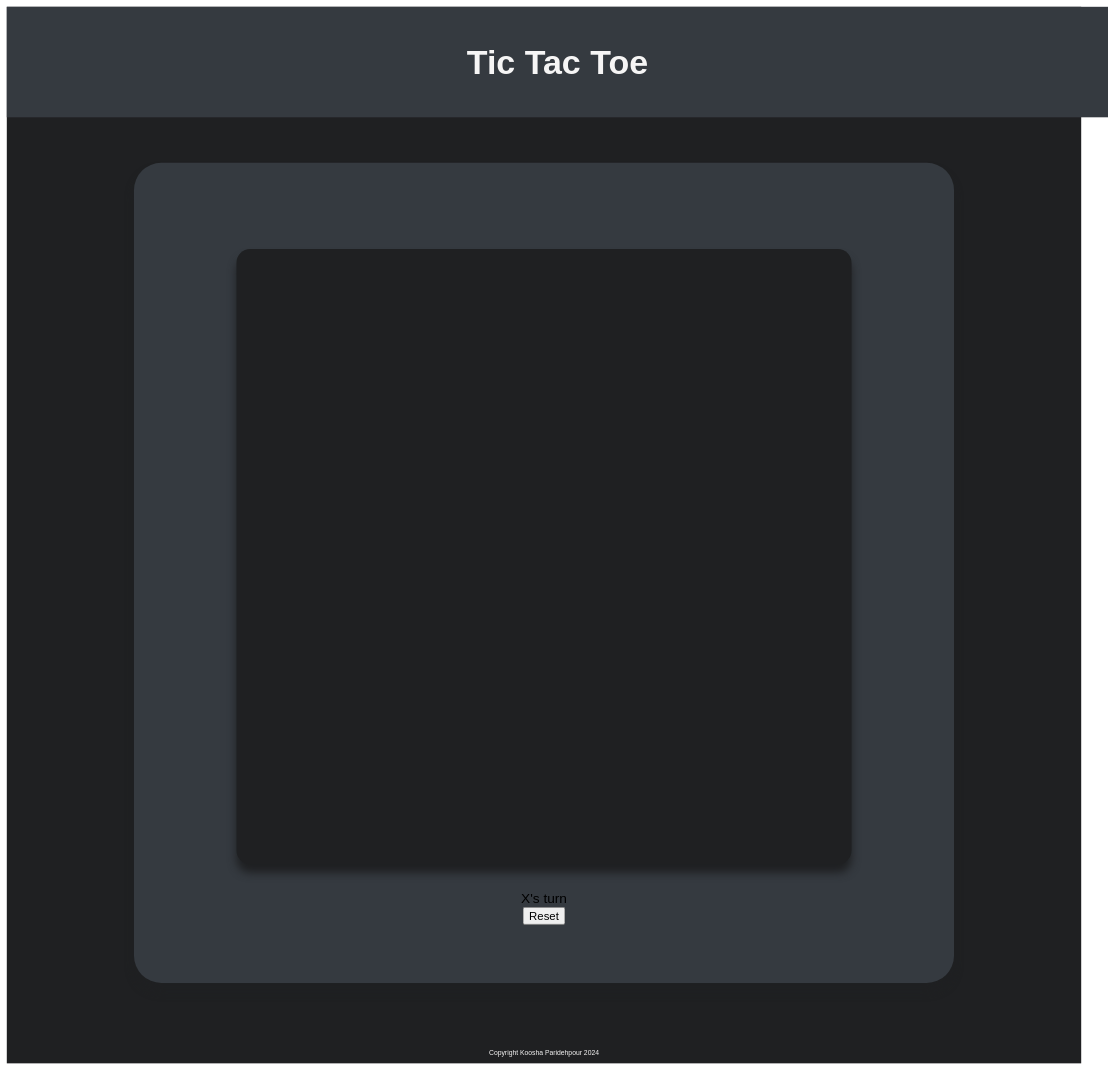
Repository: KooshaPari/odin-TTT
Page: index.html
An editor plug-in stored every save of this project. The page is shown before and after the next save, followed by the edit.
The browser window is 1280 px wide. The page is 1304 px wide, so the pictures cover 1304 px, including what lies to the right of the window. The pictures show the whole page, at 85% of full size.
The pointer rests on the first visible `#game`.

Above is the page before, as saved 2024-03-14 22:50:14.

After the next save:
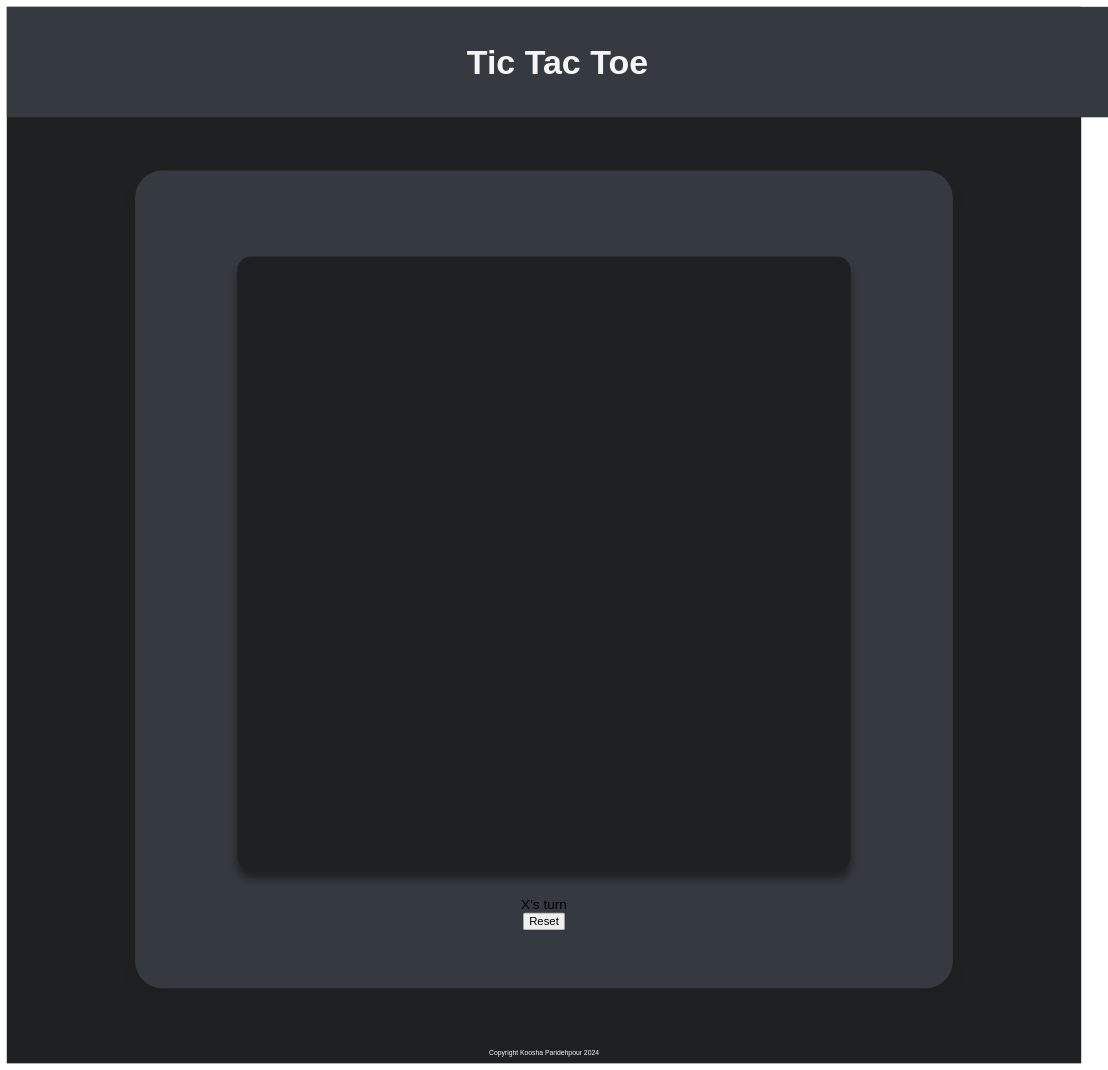
Saved 16 s later.
--- a/style.css
+++ b/style.css
@@ -77,10 +77,14 @@
   -o-transition: 0.5s ease-in-out;
 }
 #game:hover {
-  transform: scale(1.005) translate(0, -0.5em);
-  transition: 0.5s ease-in-out;
-  -webkit-transform: scale(1.005) translate(0, -0.5em);
-  -moz-transform: scale(1.005) translate(0, -0.5em);
-  -ms-transform: scale(1.005) translate(0, -0.5em);
-  -o-transform: scale(1.005) translate(0, -0.5em);
+  transform: scale(1.05) translate(0, -0.5em);
+  transition: 10s ease-in-out;
+  -webkit-transform: scale(1.05) translate(0, -0.5em);
+  -moz-transform: scale(1.05) translate(0, -0.5em);
+  -ms-transform: scale(1.05) translate(0, -0.5em);
+  -o-transform: scale(1.05) translate(0, -0.5em);
+  -webkit-transition: 10s ease-in-out;
+  -moz-transition: 10s ease-in-out;
+  -ms-transition: 10s ease-in-out;
+  -o-transition: 10s ease-in-out;
 }
